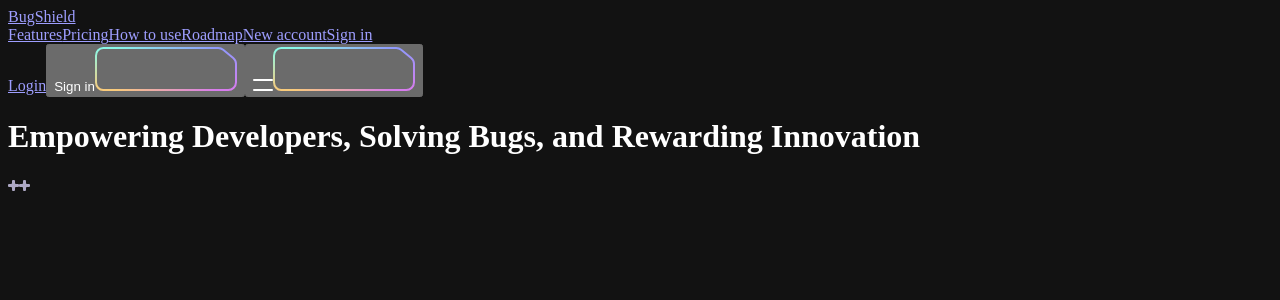
Repository: Bugbaunty/bug_bounty
Page: / (app in src/bug_bounty_frontend/)
These files come from the project's save history. The page is drawn as it stood at one moment and after the next save; the edit follows.
The browser window is 1280 px wide. The pictures show the whole page.
The project was rebuilt for these pictures with package versions that can differ from the ones it lists, and the page was loaded fresh each time.

Above is the page before, as saved 2024-04-28 14:33:14.

After the next save:
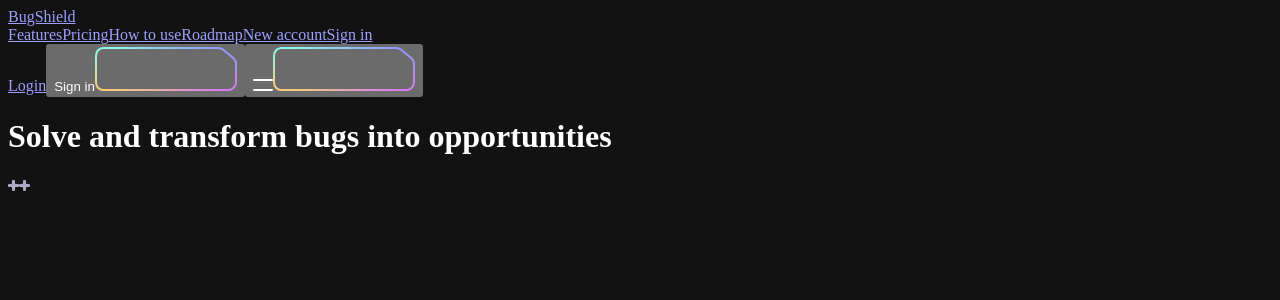
Saved 4 min 15 s later.
--- a/src/bug_bounty_frontend/src/components/landingPageSection/Hero.tsx
+++ b/src/bug_bounty_frontend/src/components/landingPageSection/Hero.tsx
@@ -13,7 +13,7 @@
       <div className="container relative">
         <div className="relative  z-1 max-w-[62rem] mx-auto text-center md:mb-0 lg:mb-[6rem]">
           <h1 className="h1 mb-6">
-            Empowering Developers, Solving Bugs, and Rewarding Innovation
+            Solve and transform bugs into opportunities
           </h1>
         </div>
       </div>
